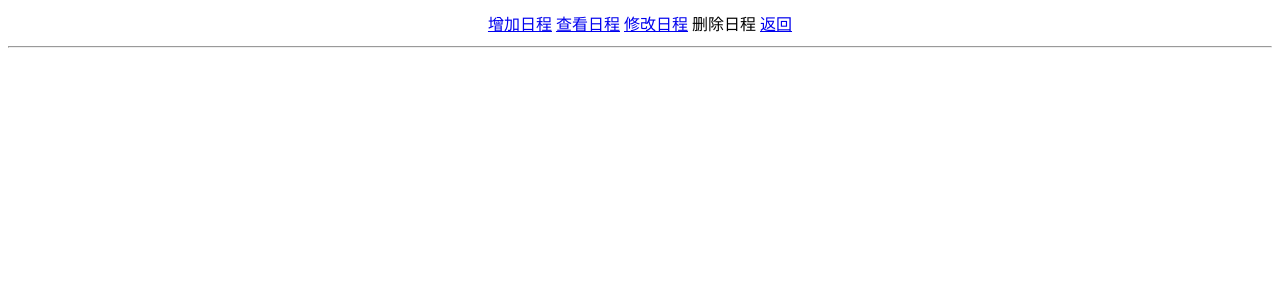
Repository: zy840055899/old-workspace
Page: http://localhost/PIMS/dateManager/deleteDate.jsp
These files come from the project's save history. The page is drawn as it stood at one moment and after the next save; the edit follows.
The browser window is 1280 px wide. The pictures show the whole page.
The page is served by Tomcat 9. Other server files are loaded and not shown.

Above is the page before, as saved 2014-03-17 12:30:50.

### PIMS/WebContent/dateManager/deleteDate.jsp
<%@ page language="java" contentType="text/html; charset=UTF-8"
    pageEncoding="UTF-8"%>
<!DOCTYPE html PUBLIC "-//W3C//DTD HTML 4.01 Transitional//EN" "http://www.w3.org/TR/html4/loose.dtd">
<html>
<head>
<meta http-equiv="Content-Type" content="text/html; charset=UTF-8">
<title>Insert title here</title>
</head>
<body>

<center>

<table>

<tr>
<td><a href="http://localhost:8080/PIMS/dateManager/addDate.jsp">增加日程</a></td>
<td><a href="http://localhost:8080/PIMS/dateManager/lookDate.jsp">查看日程</a></td>
<td><a href="http://localhost:8080/PIMS/dateManager/updateDate.jsp">修改日程</a></td>
<td>删除日程</td>
<td><a href="http://localhost:8080/PIMS/main/main.jsp">返回</a></td>
</tr>

</table><hr>

</center>
















</body>
</html>

After the next save:
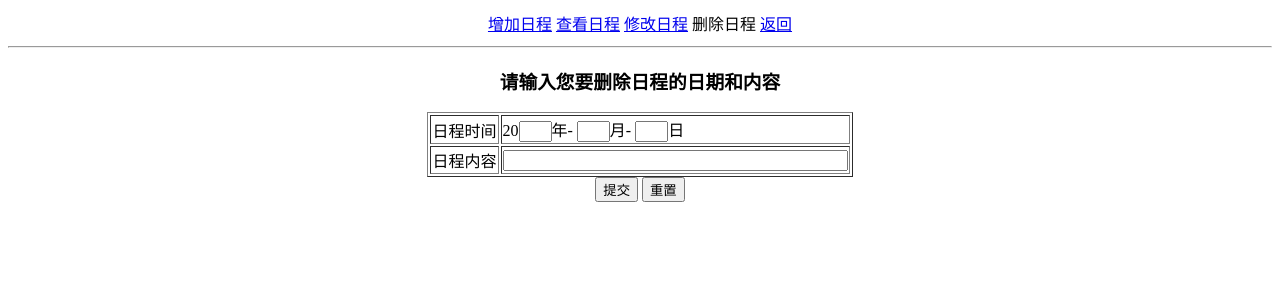
Saved 103 s later.
--- a/PIMS/WebContent/dateManager/deleteDate.jsp
+++ b/PIMS/WebContent/dateManager/deleteDate.jsp
@@ -22,22 +22,34 @@
 
 </table><hr>
 
+<h3>请输入您要删除日程的日期和内容</h3>
+
+<form action="http://localhost:8080/PIMS/DeleteDateServlet" method="post">
+
+<table border="1">
+
+<tr>
+<td>日程时间</td>
+<td>
+20<input type="text" size="1" name="year" value="">年-
+<input type="text" size="1" name="month" value="">月-
+<input type="text" size="1" name="day" value="">日
+</td>
+</tr>
+
+<tr>
+<td>日程内容</td>
+<td><input type="text" name="thing" size="40"></td>
+</tr>
+
+</table>
+
+<input type="submit" value="提交">
+<input type="reset" value="重置">
+
+</form>
+
 </center>
-
-
-
-
-
-
-
-
-
-
-
-
-
-
-
 
 </body>
 </html>
